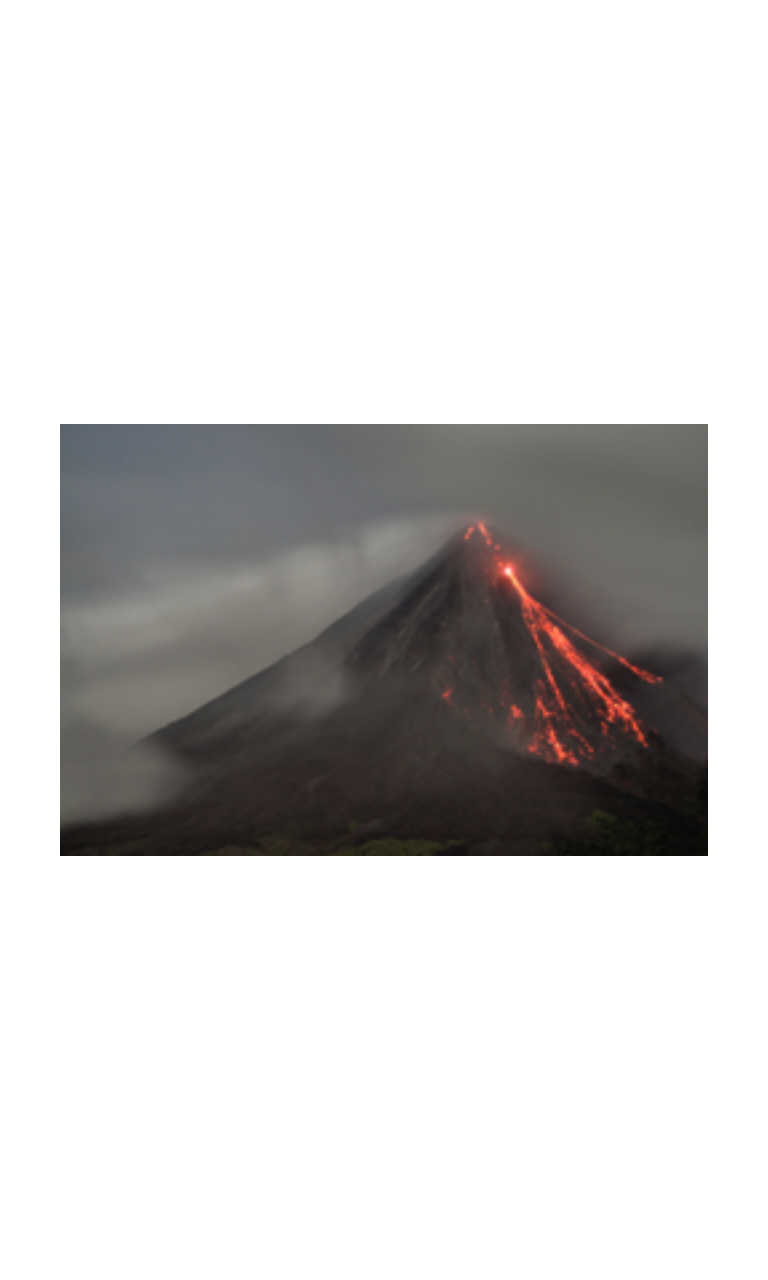
Repository: gbkim/ProjectA
Layout: ImageView/res/layout/main.xml
These files come from the project's save history. The layout is drawn as it stood at one moment and after the next save; the edit follows.
It is drawn on a 768 x 1280 px phone screen (xhdpi) without system bars, with theme AppTheme; the app's code is not run.

Above is the layout before, as saved 2013-04-08 05:41:26.

### ImageView/res/layout/main.xml
<?xml version="1.0" encoding="utf-8"?>
<LinearLayout xmlns:android="http://schemas.android.com/apk/res/android"
    android:layout_width="fill_parent"
    android:layout_height="fill_parent"
    android:orientation="vertical" >

    <ImageView android:id="@+id/test_image_view1"
    		  android:src="@drawable/test_image_view_pic1"
    		  android:scaleType="center"
    		  android:maxWidth="80px"
    		  android:maxHeight="30px"
    		  android:adjustViewBounds="true"
    		  android:layout_width="fill_parent"
    		  android:layout_height="fill_parent"
    		  />
    <ImageView android:id="@+id/test_image_view1"
    		  android:src="@drawable/test_image_view_pic1"
    		  android:scaleType="center"
    		  android:maxWidth="30px"
    		  android:maxHeight="20px"
    		  android:adjustViewBounds="true"
    		  android:layout_width="fill_parent"
    		  android:layout_height="fill_parent"
    		  />
</LinearLayout>

Loaded but not shown: ImageView/res/values/styles.xml (common file); ImageView/res/values-v11/styles.xml (common file); ImageView/res/values-v14/styles.xml (common file)

After the next save:
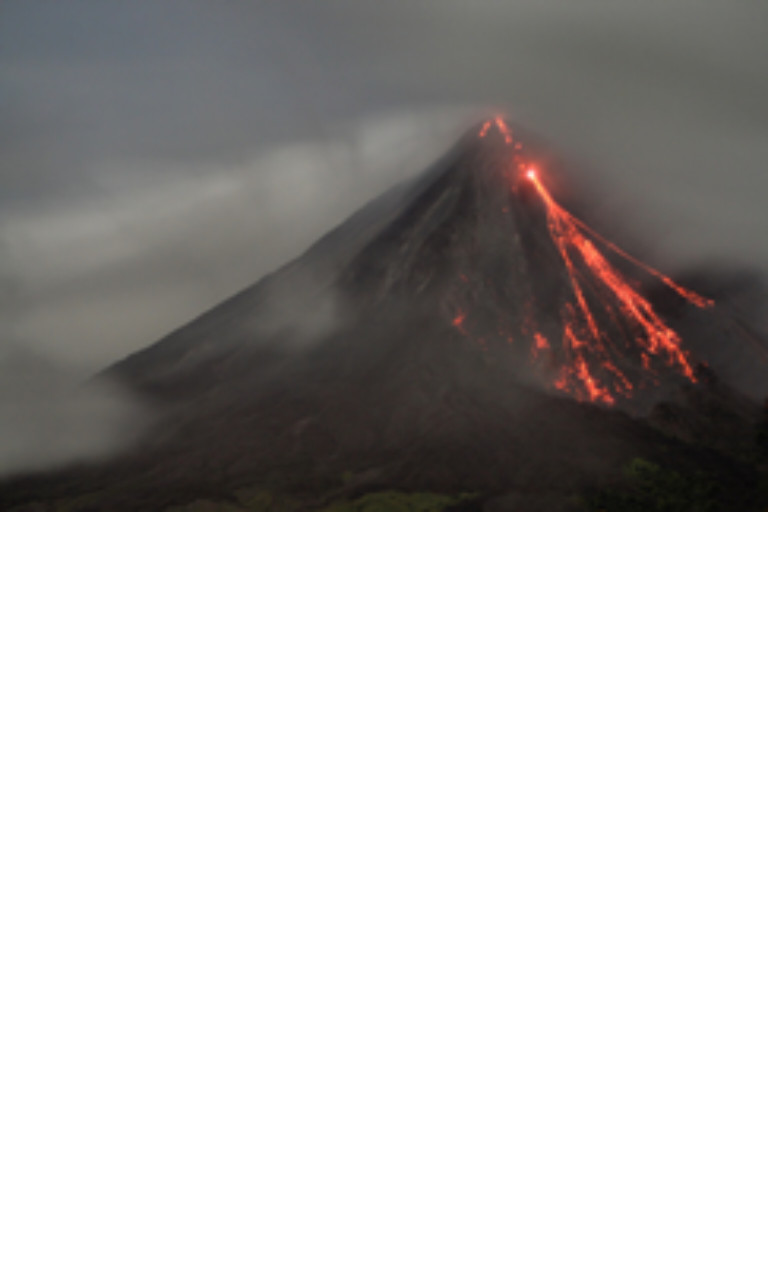
Saved 53 s later.
--- a/ImageView/res/layout/main.xml
+++ b/ImageView/res/layout/main.xml
@@ -6,7 +6,7 @@
 
     <ImageView android:id="@+id/test_image_view1"
     		  android:src="@drawable/test_image_view_pic1"
-    		  android:scaleType="center"
+    		  android:scaleType="fitStart"
     		  android:maxWidth="80px"
     		  android:maxHeight="30px"
     		  android:adjustViewBounds="true"
@@ -15,7 +15,7 @@
     		  />
     <ImageView android:id="@+id/test_image_view1"
     		  android:src="@drawable/test_image_view_pic1"
-    		  android:scaleType="center"
+    		  android:scaleType="fitEnd"
     		  android:maxWidth="30px"
     		  android:maxHeight="20px"
     		  android:adjustViewBounds="true"
